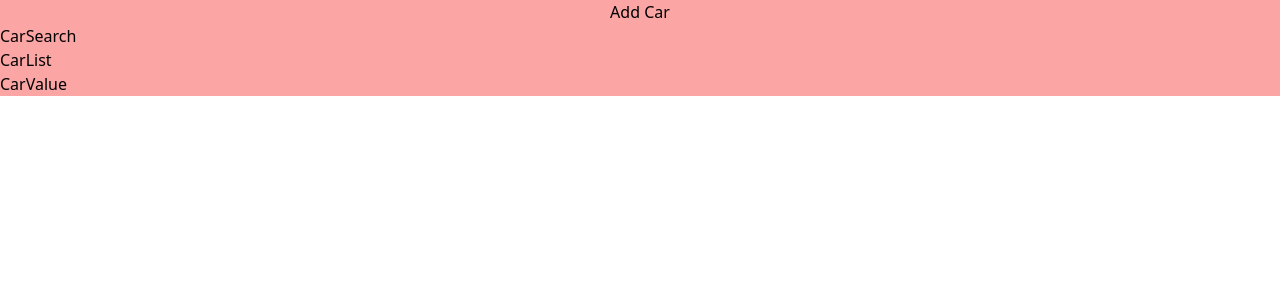
Repository: Marhamat92/carsappreduxtoolkit
Page: /
An editor plug-in stored every save of this project. The page is shown before and after the next save, followed by the edit.
The browser window is 1280 px wide. The pictures show the whole page.
The project was rebuilt for these pictures with package versions that can differ from the ones it lists, and the page was loaded fresh each time.

Above is the page before, as saved 2023-01-23 20:57:42.

### src/index.js
import React from 'react';
import ReactDOM from 'react-dom/client';
import './index.css';
import App from './App';
import { Provider } from 'react-redux';
import { store } from './store'


const root = ReactDOM.createRoot(document.getElementById('root'));
root.render(
  <Provider store={store}>
    <App />
  </Provider>
);

### src/App.js
import CarForm from "./components/CarForm";
import CarList from "./components/CarList";
import CarSearch from "./components/CarSearch";
import CarValue from "./components/CarValue";


function App() {
  return (
    <div className="container mx-auto  bg-red-300">
      <CarForm />
      <CarSearch />
      <CarList />
      <CarValue />
    </div>
  );
}

export default App;

### src/store/index.js
import { configureStore } from "@reduxjs/toolkit";
import {
  carsReducer,
  addCar,
  removeCar,
  changeSearchTerm,
} from "./slices/carsSlice";
import { formReducer, changeName, changeCost } from "./slices/formSlice";

const store = configureStore({
  reducer: {
    cars: carsReducer,
    form: formReducer,
  },
})

export { store, addCar, removeCar, changeSearchTerm, changeName, changeCost };

### src/components/CarForm.js
import React from 'react'

function CarForm() {
  return (
    <div className='flex items-center justify-center'>
      <h1>Add Car</h1>
    </div>
  )
}

export default CarForm

### src/components/CarList.js
import React from 'react'

function CarList() {
  return (
    <div>CarList</div>
  )
}

export default CarList

### src/components/CarSearch.js
import React from 'react'

function CarSearch() {
  return (
    <div>CarSearch</div>
  )
}

export default CarSearch

### src/components/CarValue.js
import React from 'react'

function CarValue() {
  return (
    <div>CarValue</div>
  )
}

export default CarValue

### src/store/slices/carsSlice.js
import { createSlice, nanoid } from '@reduxjs/toolkit';

const carsSlice = createSlice({
  name: 'cars',
  initialState: {
    cars: [],
    searchTerm: ''
  },
  reducers: {
    changeSearchTerm(state, action) {
      state.searchTerm = action.payload;
    },
    addCar(state, action) {
      //Assumption:
      //action.payload is an object with the following properties:
      //name, cost, id
      state.cars.push({
        name: action.payload.name,
        cost: action.payload.cost,
        id: nanoid()
      })
    },
    removeCar(state, action) {
      //Assumption:
      //action.payload is the id of the car to remove
      const updatedCars = state.cars.filter((car) => {
        return car.id !== action.payload;
      })
      state.cars = updatedCars;
    }

  }
})

export const { changeSearchTerm, addCar, removeCar } = carsSlice.actions;
export const carsReducer = carsSlice.reducer;

### src/store/slices/formSlice.js
import { createSlice } from '@reduxjs/toolkit';

const formSlice = createSlice({
  name: 'form',
  initialState: {
    name: '',
    cost: 0
  },
  reducers: {
    changeName(state, action) {
      state.name = action.payload;
    },
    changeCost(state, action) {
      state.cost = action.payload;
    }
  }
})

export const { changeName, changeCost } = formSlice.actions;
export const formReducer = formSlice.reducer;

Loaded but not shown: public/index.html (common file); src/index.css (common file); tailwind.config.js (common file)

After the next save:
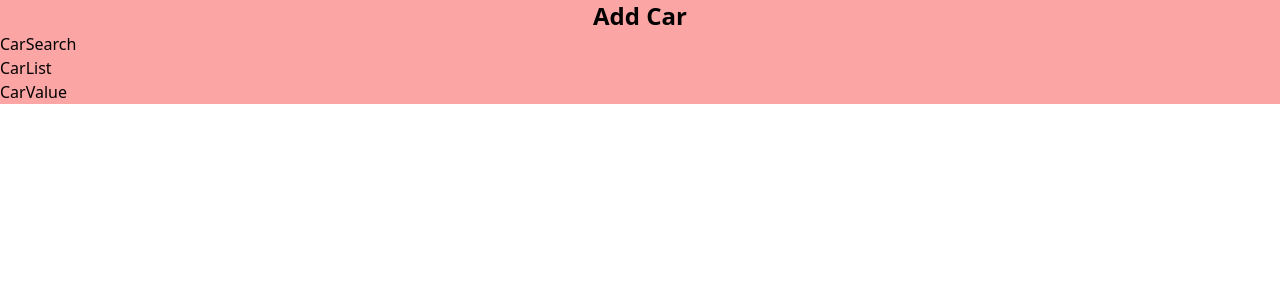
Saved 24 s later.
--- a/src/components/CarForm.js
+++ b/src/components/CarForm.js
@@ -3,7 +3,7 @@ import React from 'react'
 function CarForm() {
   return (
     <div className='flex items-center justify-center'>
-      <h1>Add Car</h1>
+      <h1 className='font-bold text-2xl' >Add Car</h1>
     </div>
   )
 }
